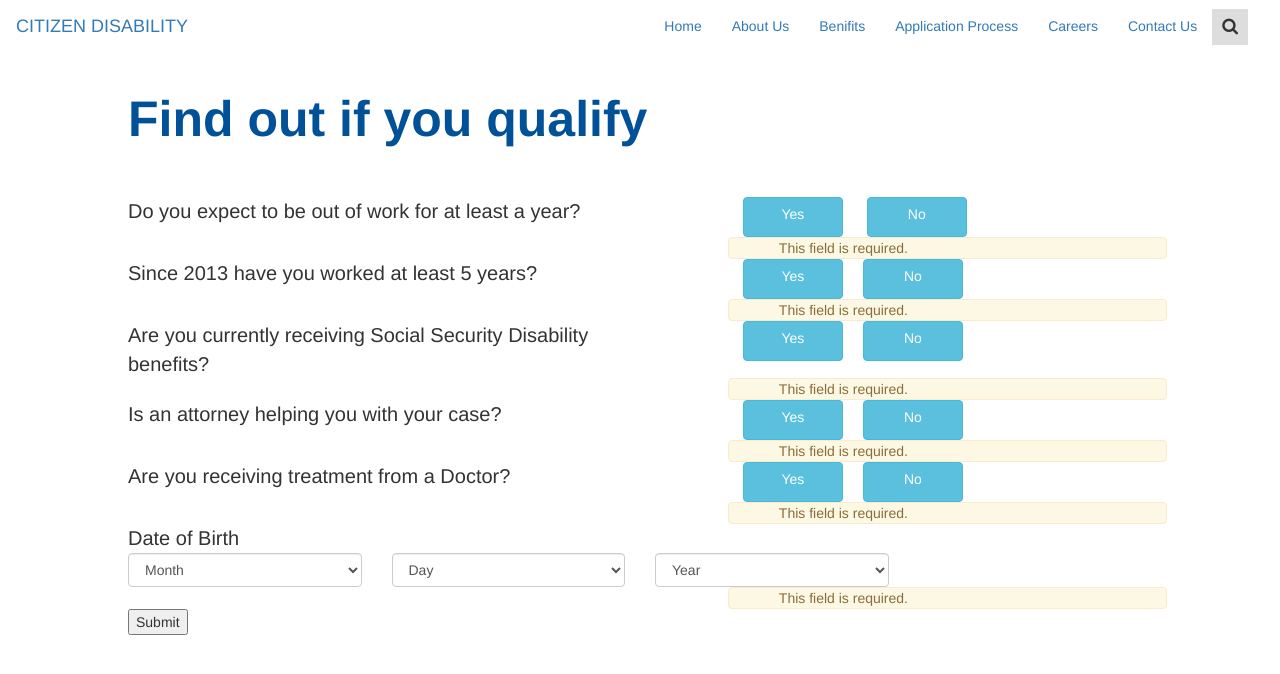
Repository: welcome0605/Embed-html-integrate-with-API
Page: Home.html
The author's editor kept a copy of each file at every save. The page is drawn from the files as they stood at one save, then again after the next save.
The browser window is 1280 px wide. The pictures show the whole page.

Above is the page before, as saved 2019-04-27 17:03:40.

After the next save:
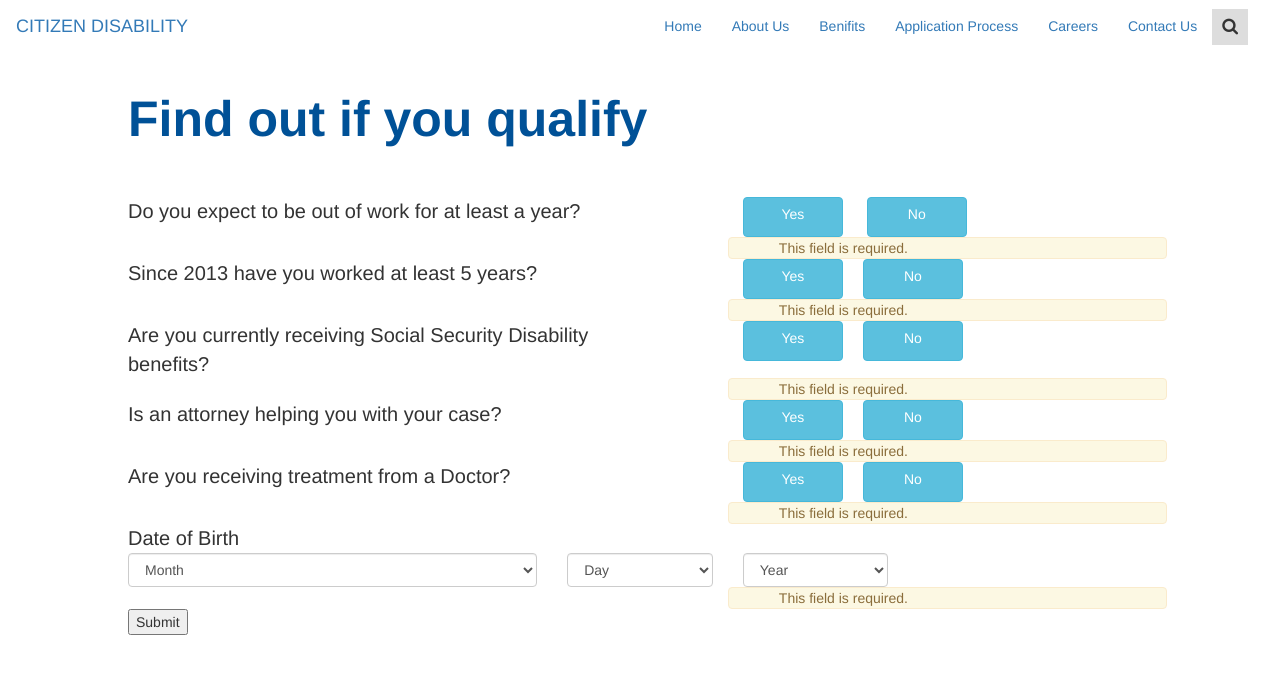
Saved 16 s later.
--- a/Home.html
+++ b/Home.html
@@ -131,7 +131,7 @@
           <div class="col-md-6"></div>
         </div>
         <div class="row">
-          <div class="col-md-3">
+          <div class="col-md-5">
             <select class="form-control" id="month">
               <option value="month">Month</option>
               <option value="Jan">Jan</option>
@@ -148,12 +148,12 @@
               <option value="Dec">Dec</option>
             </select>
           </div>
-          <div class="col-md-3">
+          <div class="col-md-2">
             <select class="form-control" id="day">
               <option value="day">Day</option>
             </select>
           </div>
-          <div class="col-md-3">
+          <div class="col-md-2">
             <select class="form-control" id="year">
               <option value="year">Year</option>
             </select>
